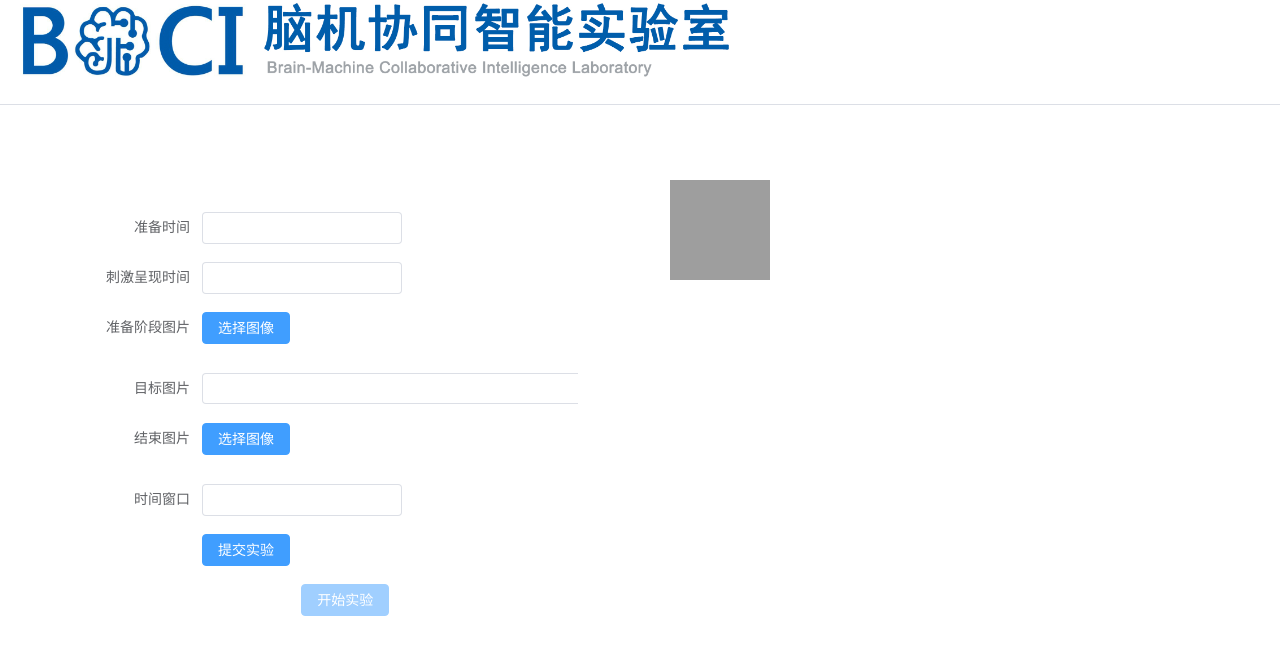
Repository: JiabZhu/hdubci
Page: /rsvponline/setstudy (app in frontend/)
The author's editor kept a copy of each file at every save. The page is drawn from the files as they stood at one save, then again after the next save.
The browser window is 1280 px wide. The pictures show the whole page.
Pictures or frames that could not be fetched are drawn as grey boxes. The page's requests for data from a server got no answer. The project was rebuilt for these pictures with package versions that can differ from the ones it lists, and the page was loaded fresh each time. No one was signed in, and anything a server would have sent is missing. Also part of the build but not shown: frontend/vue.config.js, frontend/src/views/HomeView.vue.

Above is the page before, as saved 2022-10-03 09:42:08.

After the next save:
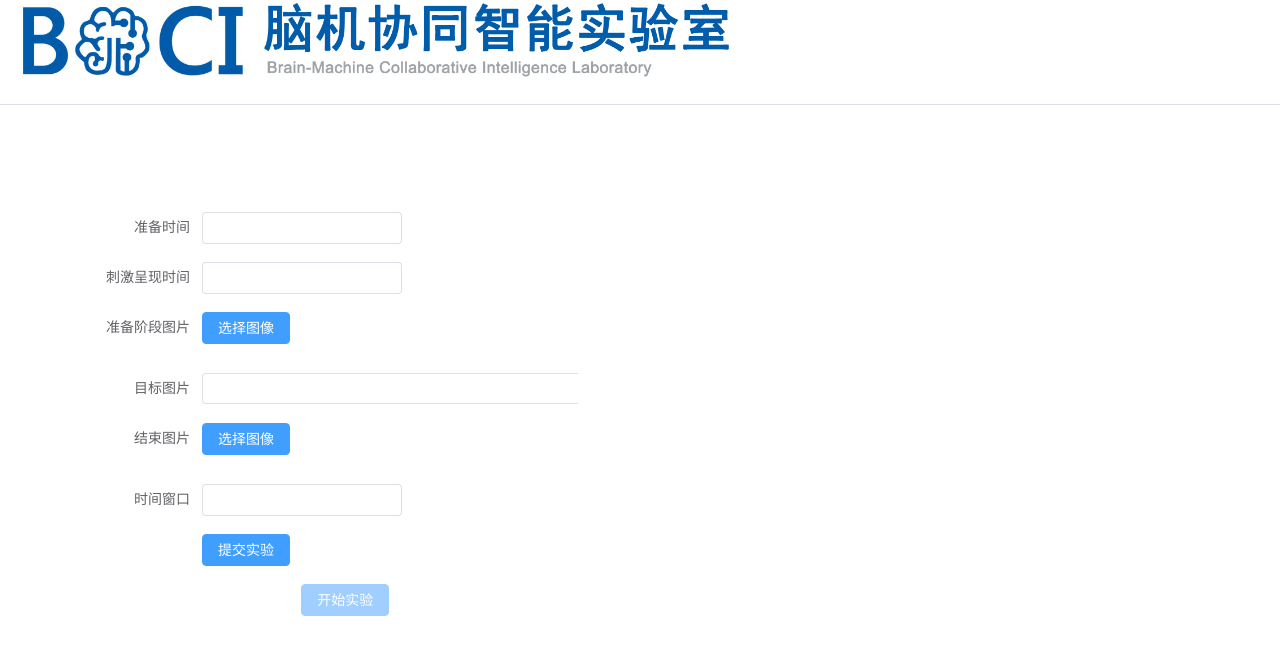
Saved 9 s later.
--- a/frontend/src/views/SetOnStudyView.vue
+++ b/frontend/src/views/SetOnStudyView.vue
@@ -65,10 +65,10 @@
               </el-form>
             </el-aside>
             <el-main>
-              <div class="demo-image__preview" style="width:100px;height:100px;float:left;margin-left:10px;margin-top:10px" v-for="url in imgUrl"
+              <!-- <div class="demo-image__preview" style="width:100px;height:100px;float:left;margin-left:10px;margin-top:10px" v-for="url in imgUrl"
                 :key="url" @click="inputUrl(url)">
                 <el-image style="width: 100px; height: 100px" :src=url fit="fill" :preview-src-list="srcList"/>
-              </div>
+              </div> -->
 
             </el-main>
           </el-container>
